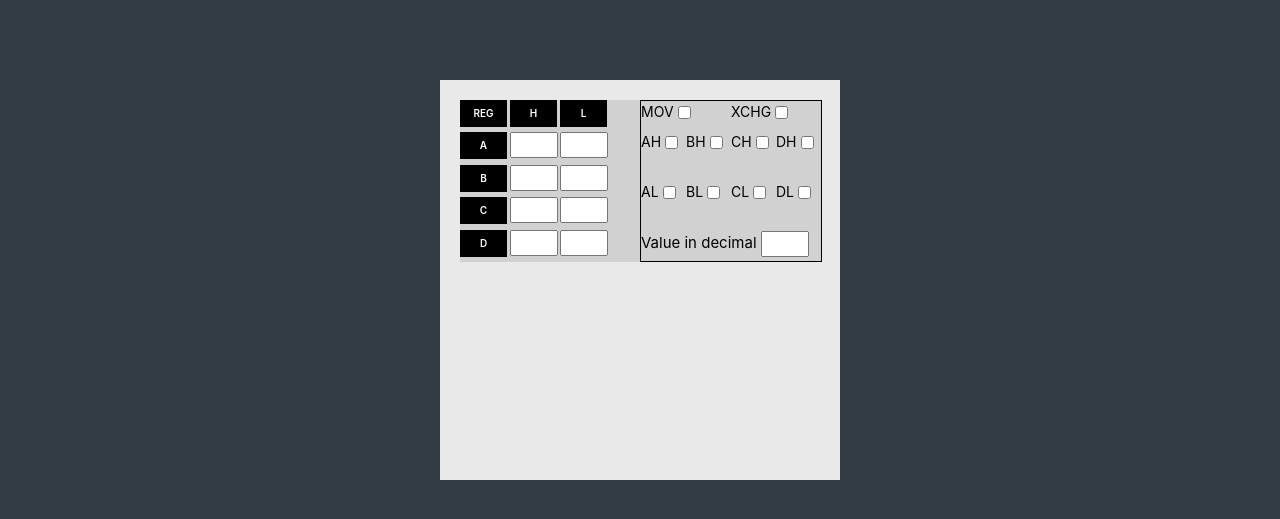
Repository: piookr-wsei/8086
Page: /
An editor plug-in stored every save of this project. The page is shown before and after the next save, followed by the edit.
The browser window is 1280 px wide. The pictures show the whole page.
The project was rebuilt for these pictures with package versions that can differ from the ones it lists, and the page was loaded fresh each time.

Above is the page before, as saved 2022-06-18 21:36:19.

### src/App.js
import React from 'react';
import { useState } from 'react';
import './App.css';
import { RegDesc, RegInput, RegWrapper, UiWindow, UiWrapper, SettingsWrapper, Labels, CheckWrapper, OpBox, LineWrap, NumDesc, RegChWrapper } from './Components/Components.elements';


function App() {

  const xchg="xchg";
  const mov="mov"

  const [movChecked, setMovChecked] = useState(false);

  const [xchgChecked, setXchgChecked] = useState(false);

  const [opChosen,setOpChosen] = useState(null)

  function HandleCheck(name){
    if(name=="mov"){
      setMovChecked(!movChecked)
      setXchgChecked(false)
    }
    else if(name=="xchg"){
      setXchgChecked(!xchgChecked)
      setMovChecked(false)

    }
    setOpChosen(name)
  }

function OpChange(){
  return(
    <>
    <Labels>
      <CheckWrapper>
        MOV
        <OpBox type="checkbox"  checked={movChecked} onClick={() => HandleCheck(mov)} id="MOV"/>
      </CheckWrapper>
      <CheckWrapper style={{position:"relative", left:"10px"}}>
        XCHG
        <OpBox type="checkbox" checked={xchgChecked} onChange={() => HandleCheck(xchg)} id="XCHG" name="XCHG"/>
      </CheckWrapper>
    </Labels>
    </>
    )
  }







  return (
    <div className="App">
      <UiWindow>
        <UiWrapper>
          <RegWrapper>
            <RegDesc textContent={"REG"}/>  <RegDesc textContent={"H"}/>  <RegDesc textContent={"L"}/>

            <RegDesc textContent={"A"}/>  <RegInput maxLength={2}/> <RegInput maxLength={2}/>
            <RegDesc textContent={"B"}/>  <RegInput maxLength={2}/> <RegInput maxLength={2}/>
            <RegDesc textContent={"C"} />  <RegInput maxLength={2}/> <RegInput maxLength={2}/>
            <RegDesc textContent={"D"}/>  <RegInput maxLength={2}/> <RegInput maxLength={2}/>
          </RegWrapper>

          <SettingsWrapper>

              <OpChange/>

              <RegChWrapper>
                <CheckWrapper>
                  AH<OpBox type="checkbox"/>
                </CheckWrapper>
                <CheckWrapper>
                  BH<OpBox type="checkbox"/>
                </CheckWrapper>
                <CheckWrapper>
                  CH<OpBox type="checkbox"/>
                </CheckWrapper>
                <CheckWrapper>
                  DH<OpBox type="checkbox"/>
                </CheckWrapper>
                <CheckWrapper>
                  AL<OpBox type="checkbox"/>
                </CheckWrapper>
                <CheckWrapper>
                  BL<OpBox type="checkbox"/>
                </CheckWrapper>
                <CheckWrapper>
                  CL<OpBox type="checkbox"/>
                </CheckWrapper>
                <CheckWrapper>
                  DL<OpBox type="checkbox"/>
                </CheckWrapper>
              </RegChWrapper>

              <LineWrap>
              <NumDesc textContent={"Value in decimal"}/>  <RegInput maxLength={3} style={{width:"40px"}}/>
              </LineWrap>
          </SettingsWrapper>



        </UiWrapper>
      </UiWindow>

    </div>
  );
}

export default App;

### src/App.css
body{
  height: 100%;
  background: rgba(1, 10, 22, 0.8);
}
.App {

}

.App-logo {
  height: 40vmin;
  pointer-events: none;
}

@media (prefers-reduced-motion: no-preference) {
  .App-logo {
    animation: App-logo-spin infinite 20s linear;
  }
}

.App-header {
  background-color: #282c34;
  min-height: 100vh;
  display: flex;
  flex-direction: column;
  align-items: center;
  justify-content: center;
  font-size: calc(10px + 2vmin);
  color: white;
}

.App-link {
  color: #61dafb;
}

@keyframes App-logo-spin {
  from {
    transform: rotate(0deg);
  }
  to {
    transform: rotate(360deg);
  }
}

### src/Components/Components.elements.js
import styled from "styled-components";

export const UiWindow = styled.div`
    height: 400px;
    width: 400px;
    background: rgb(233,233,233);
    position: relative;
    margin: auto;
    top: 80px;
`

export const UiWrapper = styled.div`
    border: 20px solid transparent;
    display: grid;
    grid-template-columns: 1fr 1fr;
`

export const RegWrapper = styled.div`
    width: 180px;
    background: rgba(0,0,0,0.1);
    position: relative;
    left: 0;
    display: grid;
    grid-template-columns: 50px 50px 50px;
`

export const RegInput = styled.input`
    height: 20px;
    width: 40px;
    margin-bottom:5px;
    text-align: center;
`

export const SettingsWrapper = styled.div`
    width: 180px;
    background: rgba(0,0,0,0.1);
    position: relative;
    right: 0;
    display: grid;
    grid-template-columns: 180px;
    border: solid 1px black;
    font-size: 14px;
    line-height: 22px;
    grid-template-rows: 30px 100px repeat(auto-fit, 30px);

`

export const RegDescSC = styled.div`
    height: 27px;
    width: 47px;
    background: black;
    margin-bottom:5px;
    color: white;
    font-weight: 600;
`

export const DescText = styled.p`
    font-size: 10px;
    text-align: center;
    position: relative;
    top: -3px;
`

export function RegDesc(props){
    return(
        <RegDescSC>
            <DescText>{props.textContent}</DescText>
        </RegDescSC>
    )
}

export const Labels = styled.div`
    display: grid;
    grid-template-columns: 80px 80px;
`

export const CheckWrapper = styled.div`

    width: 65px;
    height: 25px;
`

export const OpBox = styled.input`
    vertical-align: "middle";
    position: relative;
    top: 2px;
`

export const LineWrap = styled.div`
    width: 180px;
    display: flex;
    align-items: center;
`

export const NumSC = styled.div`
    width: 120px;
    text-align: left !important;
`

export function NumDesc(props){
    return(
        <NumSC>
            <DescText style={{textAlign: "left", fontSize:"15px"}}>{props.textContent}</DescText>
        </NumSC>
    )
}

export const RegChWrapper = styled.div`
width: 180px;
display: grid;
grid-template-columns: 45px 45px 45px 45px ;
`

Loaded but not shown: public/index.html (common file); src/index.js (common file); src/index.css (common file); src/reportWebVitals.js (common file)

After the next save:
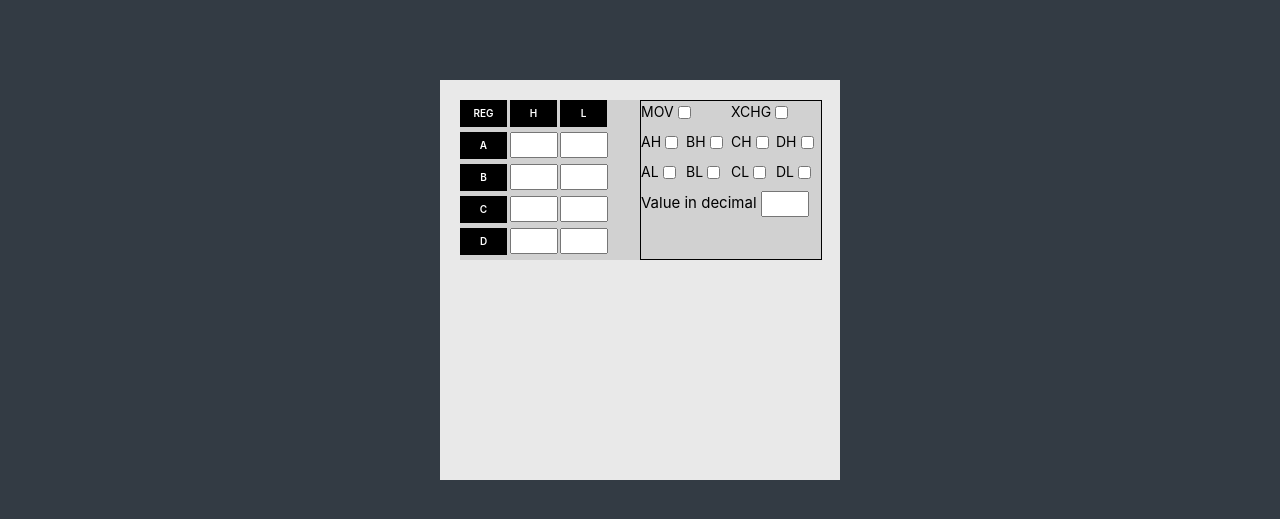
Saved 8 s later.
--- a/src/Components/Components.elements.js
+++ b/src/Components/Components.elements.js
@@ -41,7 +41,7 @@ export const SettingsWrapper = styled.div`
     border: solid 1px black;
     font-size: 14px;
     line-height: 22px;
-    grid-template-rows: 30px 100px repeat(auto-fit, 30px);
+    grid-template-rows: 30px 60px repeat(auto-fit, 30px);
 
 `
 
